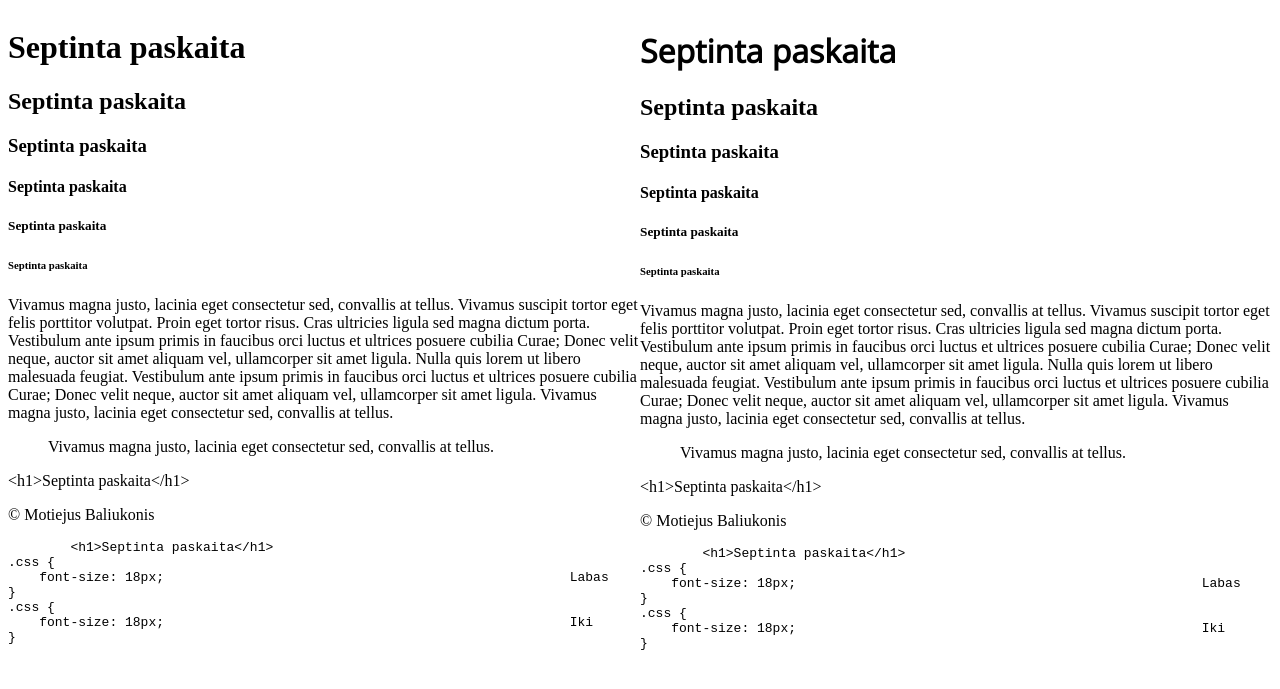
Repository: motiejus1/07-paskaita-05.31
Page: index.html
An editor plug-in stored every save of this project. The page is shown before and after the next save, followed by the edit.
The browser window is 1280 px wide. The pictures show the whole page.

Above is the page before, as saved 2021-06-10 19:33:11.

After the next save:
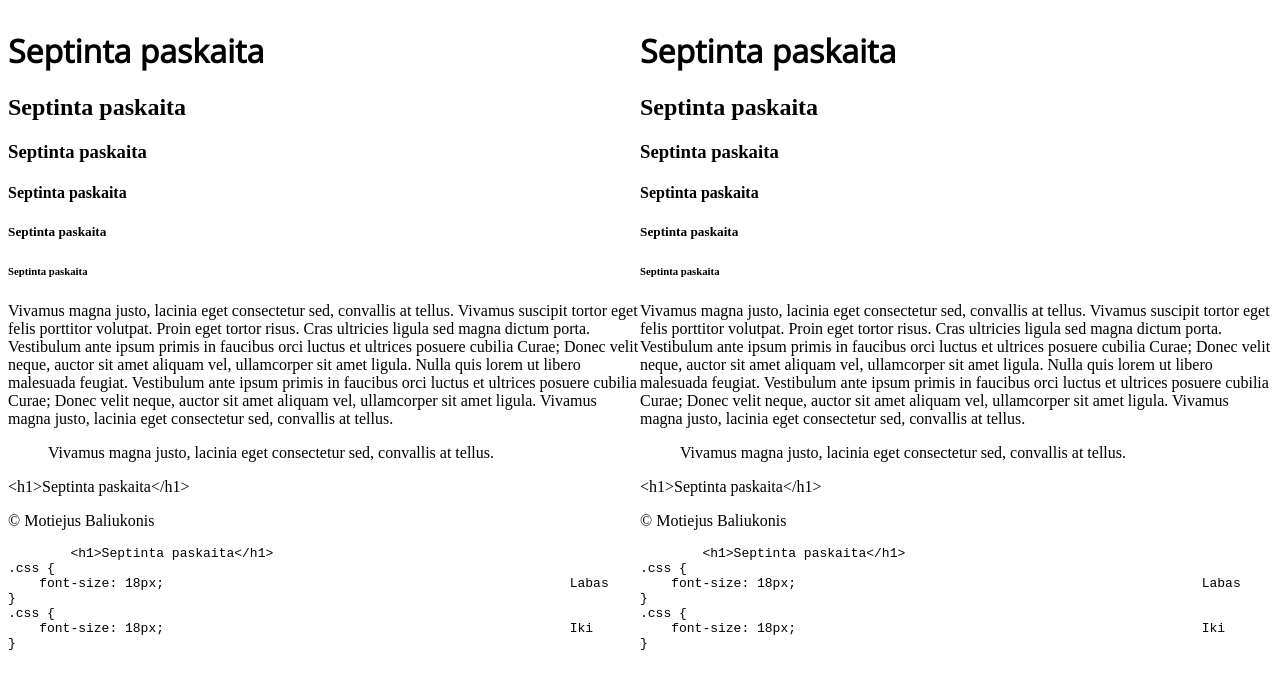
Saved 5 s later.
--- a/index.html
+++ b/index.html
@@ -18,6 +18,7 @@
             width: 50%;
         }
 
+        h1, h2
         .right h1 {
             font-family: 'Open Sans', sans-serif;
         }

After the save that followed:
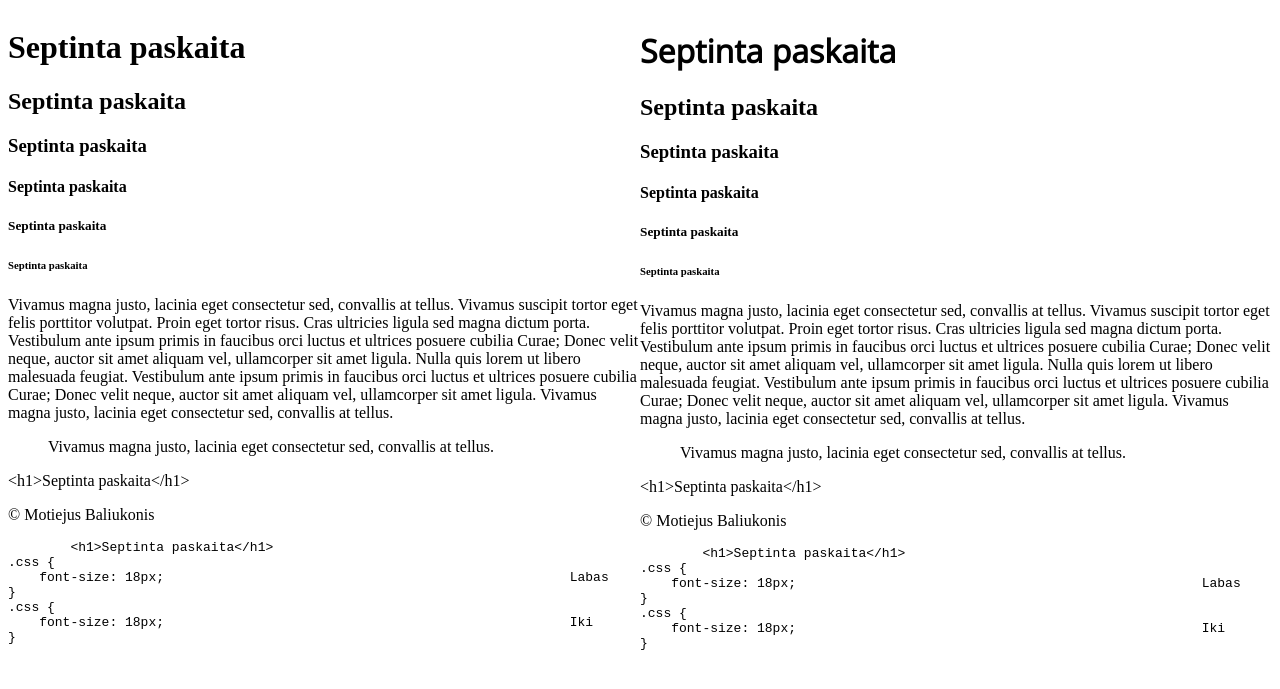
Saved 11 s later.
--- a/index.html
+++ b/index.html
@@ -18,7 +18,7 @@
             width: 50%;
         }
 
-        h1, h2
+
         .right h1 {
             font-family: 'Open Sans', sans-serif;
         }
